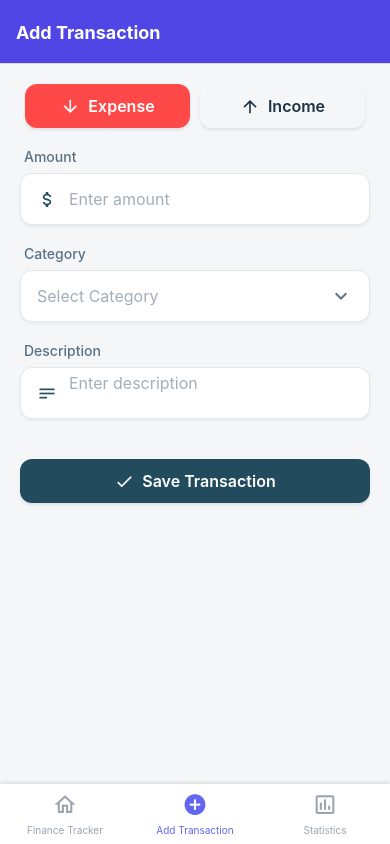
Repository: FarhanAryadi/FinTrack
Screen: /Add
An editor plug-in stored every save of this project. The screen is shown before and after the next save, followed by the edit.
The page's requests for data from a server got no answer. The app was drawn by React Native's web renderer in a window 390 px wide. The project was rebuilt for these pictures with package versions that can differ from the ones it lists, and the page was loaded fresh each time. No one was signed in, and anything a server would have sent is missing. Also part of the build but not shown: src/components/transactions/TransactionCard.tsx, src/screens/StatisticsScreen.tsx.

Above is the screen before, as saved 2025-03-06 14:43:57.

After the next save:
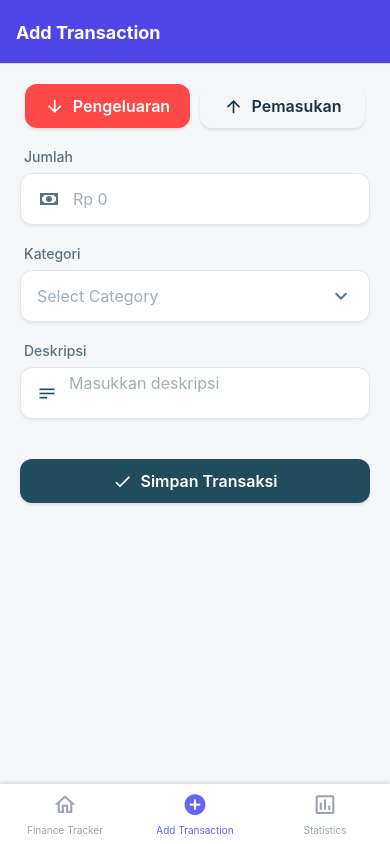
Saved 28 s later.
--- a/src/screens/AddTransactionScreen.tsx
+++ b/src/screens/AddTransactionScreen.tsx
@@ -3,6 +3,7 @@ import React, { useState } from 'react';
 import { ScrollView, StyleSheet, View } from 'react-native';
 import { Button } from '../components/common/Button';
 import { CategoryDropdown } from '../components/common/CategoryDropdown';
+import { CurrencyInput } from '../components/common/CurrencyInput';
 import { Input } from '../components/common/Input';
 import { colors } from '../constants/colors';
 import { transactionService } from '../services/transactionService';
@@ -38,16 +39,20 @@ export const AddTransactionScreen = ({
 	const validate = () => {
 		const newErrors: typeof errors = {};
 
-		if (!form.amount || isNaN(Number(form.amount))) {
-			newErrors.amount = 'Please enter a valid amount';
+		if (
+			!form.amount ||
+			isNaN(Number(form.amount)) ||
+			Number(form.amount) <= 0
+		) {
+			newErrors.amount = 'Masukkan jumlah yang valid';
 		}
 
 		if (!category) {
-			newErrors.category = 'Please select a category';
+			newErrors.category = 'Pilih kategori';
 		}
 
 		if (!form.description.trim()) {
-			newErrors.description = 'Please enter a description';
+			newErrors.description = 'Masukkan deskripsi';
 		}
 
 		setErrors(newErrors);
@@ -78,14 +83,14 @@ export const AddTransactionScreen = ({
 			<View style={styles.content}>
 				<View style={styles.typeButtons}>
 					<Button
-						title="Expense"
+						title="Pengeluaran"
 						variant={form.type === 'EXPENSE' ? 'danger' : 'secondary'}
 						onPress={() => setForm({ ...form, type: 'EXPENSE' })}
 						style={styles.typeButton}
 						icon="arrow-down"
 					/>
 					<Button
-						title="Income"
+						title="Pemasukan"
 						variant={form.type === 'INCOME' ? 'success' : 'secondary'}
 						onPress={() => setForm({ ...form, type: 'INCOME' })}
 						style={styles.typeButton}
@@ -93,18 +98,16 @@ export const AddTransactionScreen = ({
 					/>
 				</View>
 
-				<Input
-					label="Amount"
-					keyboardType="numeric"
+				<CurrencyInput
+					label="Jumlah"
 					value={form.amount}
 					onChangeText={(value) => setForm({ ...form, amount: value })}
-					placeholder="Enter amount"
 					error={errors.amount}
-					icon="currency-usd"
+					icon="cash"
 				/>
 
 				<CategoryDropdown
-					label="Category"
+					label="Kategori"
 					value={category}
 					onChange={setCategory}
 					type={form.type}
@@ -112,17 +115,17 @@ export const AddTransactionScreen = ({
 				/>
 
 				<Input
-					label="Description"
+					label="Deskripsi"
 					value={form.description}
 					onChangeText={(value) => setForm({ ...form, description: value })}
-					placeholder="Enter description"
+					placeholder="Masukkan deskripsi"
 					error={errors.description}
 					icon="text"
 					multiline
 				/>
 
 				<Button
-					title="Save Transaction"
+					title="Simpan Transaksi"
 					onPress={handleSubmit}
 					loading={loading}
 					icon="check"
